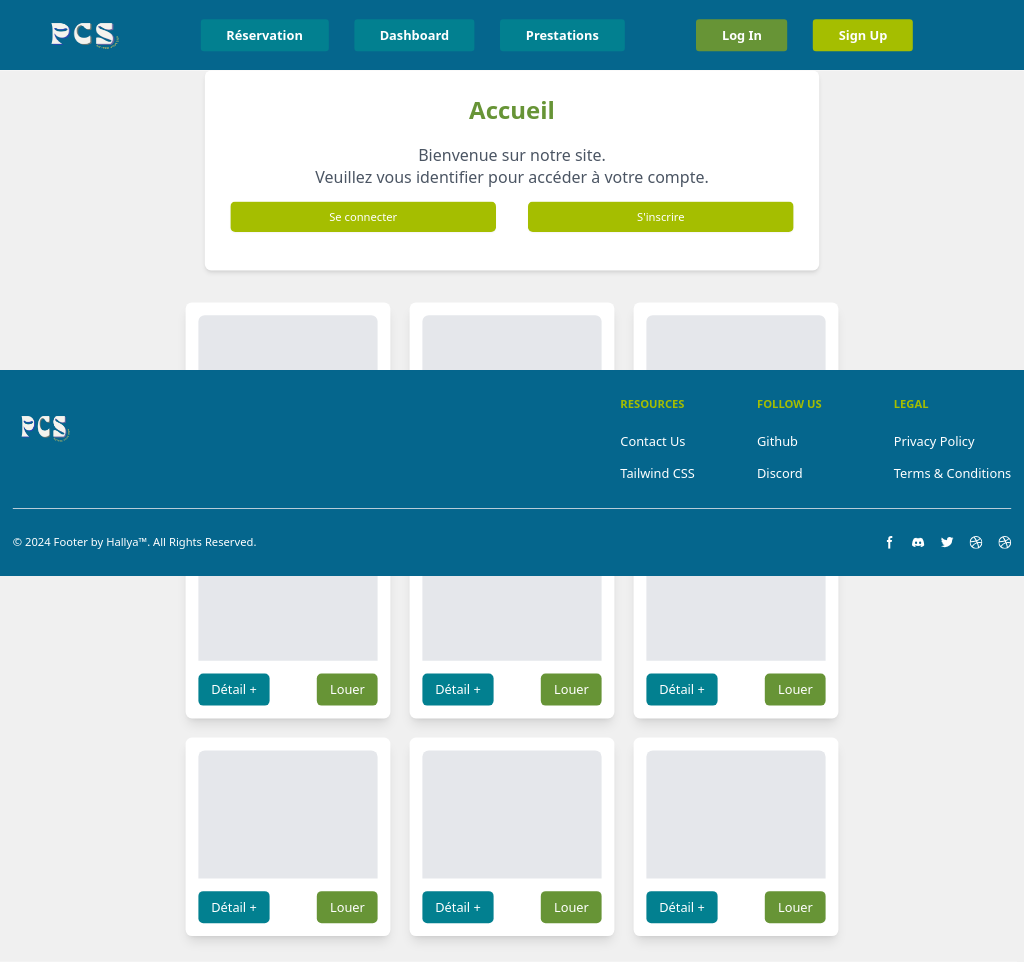
Repository: HATTOUNGBRE/ProjetAnnuel2
Page: / (app in FRONT/)
An editor plug-in stored every save of this project. The page is shown before and after the next save, followed by the edit.
The browser window is 1280 px wide. The pictures show the whole page, at 80% of full size.
The project was rebuilt for these pictures with package versions that can differ from the ones it lists, and the page was loaded fresh each time. Also part of the build but not shown: FRONT/vite.config.js, FRONT/src/components/Contact.jsx, FRONT/src/components/CatUser.jsx, FRONT/src/components/Login.jsx, FRONT/src/components/Account.jsx, FRONT/src/components/Inscription.jsx, FRONT/src/components/dashboard/VoyageurDashboard.jsx, FRONT/src/components/proprio/EditProduct.jsx and 11 more.

Above is the page before, as saved 2024-06-21 16:00:23.

After the next save:
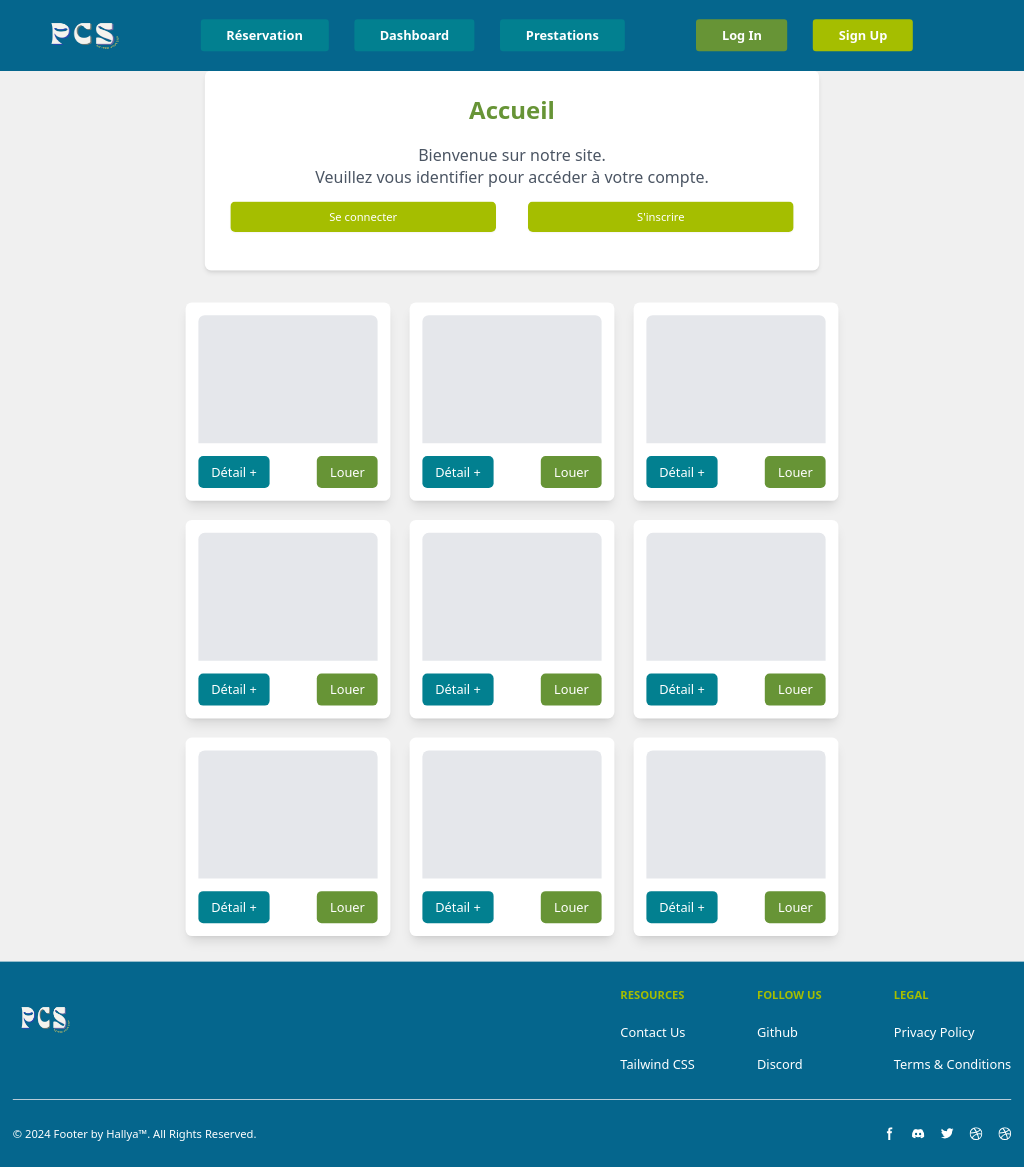
Saved 15 s later.
--- a/FRONT/src/components/Footer.jsx
+++ b/FRONT/src/components/Footer.jsx
@@ -3,7 +3,7 @@ import { Link } from 'react-router-dom';
 
 function Footer() {
   return (
-    <footer className="bg-pcs-200 dark:bg-gray-900 mt-auto bottom-0 fixed">
+    <footer className="bg-pcs-200 dark:bg-gray-900 mt-auto bottom-0 static">
       <div className="mx-auto w-full max-w-screen-xl p-4 py-6 lg:py-8">
         <div className="md:flex md:justify-between">
           <div className="mb-6 md:mb-0">
